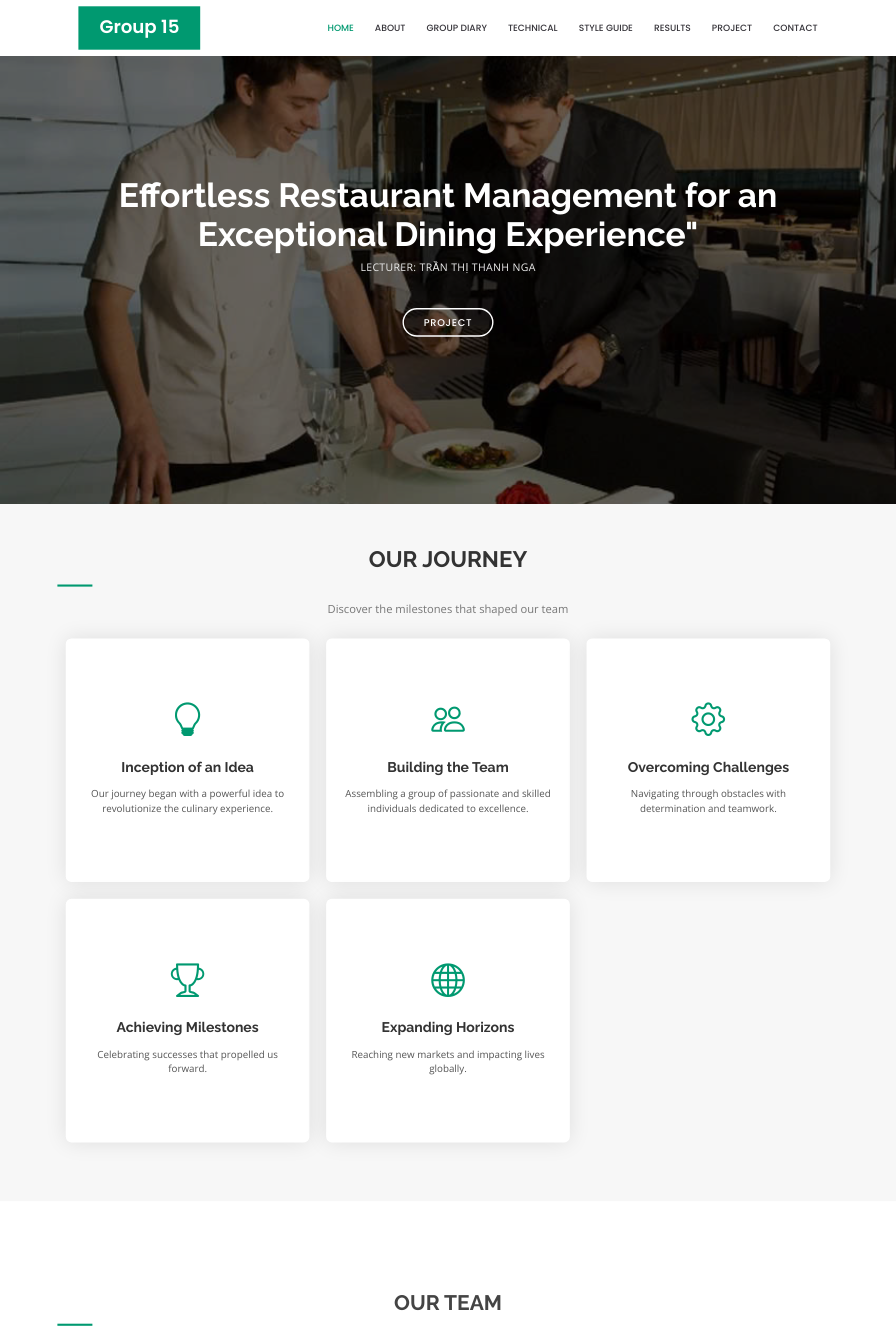
Repository: HoangKhangKhuPho4/Group_Web
Page: index.html
The author's editor kept a copy of each file at every save. The page is drawn from the files as they stood at one save, then again after the next save.
The browser window is 1280 px wide. The pictures show the part of the page from y = 0 to 1920 px (the page is 2787 px tall), at 70% of full size.
Backgrounds fixed to the window are drawn as part of the page.

Above is the page before, as saved 2024-10-20 08:48:03.

### index.html
<!DOCTYPE html>
<html lang="en">

<head>
  <meta charset="utf-8">
  <meta content="width=device-width, initial-scale=1.0" name="viewport">

  <title>Group 15</title>
  <meta content="" name="description">
  <meta content="" name="keywords">

  <!-- Favicons -->
  <link href="assets/img/favicon.png" rel="icon">
  <link href="assets/img/apple-touch-icon.png" rel="apple-touch-icon">

  <!-- Google Fonts -->
  <link
  href="https://fonts.googleapis.com/css?family=Open+Sans:300,300i,400,400i,600,600i,700,700i|Raleway:300,300i,400,400i,500,500i,600,600i,700,700i|Poppins:300,300i,400,400i,500,500i,600,600i"
  rel="stylesheet">

  <!-- Vendor CSS Files -->
  <link href="assets/vendor/aos/aos.css" rel="stylesheet">
  <link href="assets/vendor/bootstrap/css/bootstrap.min.css" rel="stylesheet">
  <link href="assets/vendor/bootstrap-icons/bootstrap-icons.css" rel="stylesheet">
  <link href="assets/vendor/boxicons/css/boxicons.min.css" rel="stylesheet">
  <link href="assets/vendor/glightbox/css/glightbox.min.css" rel="stylesheet">
  <link href="assets/vendor/remixicon/remixicon.css" rel="stylesheet">
  <link href="assets/vendor/swiper/swiper-bundle.min.css" rel="stylesheet">

  <!-- Template Main CSS File -->
  <link href="assets/css/style.css" rel="stylesheet">

  <!-- Custom CSS -->


</head>

<body>

  <!-- ======= Header ======= -->
  <header id="header" class="fixed-top d-flex align-items-center">
    <div class="container">
      <div class="header-container d-flex align-items-center justify-content-between">
        <div class="logo">
          <h1 class="text-light"><a href="index.html"><span>Group 15</span></a></h1>
        </div>

        <nav id="navbar" class="navbar">
          <ul>
            <li><a class="nav-link scrollto active" href="index.html">Home</a></li>
            <li><a class="nav-link scrollto" href="about.html">About</a></li>
            <li><a class="nav-link scrollto" href="groupDiary.html">Group Diary</a></li>
            <li><a class="nav-link scrollto" href="technical.html">Technical</a></li>
            <li><a class="nav-link scrollto" href="styleguide.html">Style Guide</a></li>
            <li><a class="nav-link scrollto" href="results.html">Results</a></li>
            <li><a class="nav-link scrollto" href="project.html">Project</a></li>
            <li><a class="nav-link scrollto" href="contact.html">Contact</a></li>
          </ul>
          <i class="bi bi-list mobile-nav-toggle"></i>
        </nav>
        <!-- .navbar -->

      </div>
      <!-- End Header Container -->
    </div>
  </header>
  <!-- End Header -->

  <!-- Bắt đầu phần nội dung chính -->
  <div class="content-wrap">
    <!-- ======= Hero Section ======= -->
    <section id="hero" class="d-flex align-items-center" style="padding-top: 80px;">
      <div class="container text-center position-relative" data-aos="fade-in" data-aos-delay="200">
        <h1>Effortless Restaurant Management for an Exceptional Dining Experience"</h1>
        <h2>Lecturer: Trần Thị Thanh Nga</h2>
        <a href="https://caominhhieu22130081.github.io/nhom11-giaotiepnguoimay-master/" target="_blank"
          class="btn-get-started scrollto">Project</a>
      </div>
    </section>
    <!-- End Hero -->

    <main id="main">

      <!-- ======= Our Journey Section ======= -->
      <section id="our-team-story" class="our-team-story">
        <div class="container" data-aos="fade-up">
          <div class="section-title text-center">
            <h2>Our Journey</h2>
            <p>Discover the milestones that shaped our team</p>
          </div>

          <div class="story-container">
            <div class="row">

              <!-- Story Item 1 -->
              <div class="col-lg-4 col-md-6 mb-4">
                <div class="story-item" data-aos="fade-up" data-aos-delay="100">
                  <div class="icon-box">
                    <div class="icon">
                      <i class="bi bi-lightbulb"></i>
                    </div>
                    <h4 class="title">Inception of an Idea</h4>
                    <p class="description">Our journey began with a powerful idea to revolutionize the culinary experience.</p>
                  </div>
                </div>
              </div>

              <!-- Story Item 2 -->
              <div class="col-lg-4 col-md-6 mb-4">
                <div class="story-item" data-aos="fade-up" data-aos-delay="200">
                  <div class="icon-box">
                    <div class="icon">
                      <i class="bi bi-people"></i>
                    </div>
                    <h4 class="title">Building the Team</h4>
                    <p class="description">Assembling a group of passionate and skilled individuals dedicated to excellence.</p>
                  </div>
                </div>
              </div>

              <!-- Story Item 3 -->
              <div class="col-lg-4 col-md-6 mb-4">
                <div class="story-item" data-aos="fade-up" data-aos-delay="300">
                  <div class="icon-box">
                    <div class="icon">
                      <i class="bi bi-gear"></i>
                    </div>
                    <h4 class="title">Overcoming Challenges</h4>
                    <p class="description">Navigating through obstacles with determination and teamwork.</p>
                  </div>
                </div>
              </div>

              <!-- Story Item 4 -->
              <div class="col-lg-4 col-md-6 mb-4">
                <div class="story-item" data-aos="fade-up" data-aos-delay="400">
                  <div class="icon-box">
                    <div class="icon">
                      <i class="bi bi-trophy"></i>
                    </div>
                    <h4 class="title">Achieving Milestones</h4>
                    <p class="description">Celebrating successes that propelled us forward.</p>
                  </div>
                </div>
              </div>

              <!-- Story Item 5 -->
              <div class="col-lg-4 col-md-6 mb-4">
                <div class="story-item" data-aos="fade-up" data-aos-delay="500">
                  <div class="icon-box">
                    <div class="icon">
                      <i class="bi bi-globe"></i>
                    </div>
                    <h4 class="title">Expanding Horizons</h4>
                    <p class="description">Reaching new markets and impacting lives globally.</p>
                  </div>
                </div>
              </div>

            </div>
          </div>
        </div>
      </section>
      <!-- End Our Journey Section -->

      <!-- ======= Our Team Section ======= -->
      <section id="portfolio-details" class="portfolio-details" style="margin-top: 4%;">
        <div class="container">

          <div class="section-title text-center">
            <h2 style="font-size:30px; padding: 15px 30px;"><b>OUR TEAM</b></h2>
          </div>

          <div class="row gy-4">

            <div class="col-lg-6">
              <div class="portfolio-details-slider swiper">
                <div class="swiper-wrapper align-items-center">

                  <div class="swiper-slide">
                    <img src="assets/img/portfolio/portfolio-details-1.jpg" alt="">
                  </div>

                  <div class="swiper-slide">
                    <img src="assets/img/portfolio/portfolio-details-2.jpg" alt="">
                  </div>

                  <div class="swiper-slide">
                    <img src="assets/img/portfolio/portfolio-details-3.jpg" alt="">
                  </div>

                </div>
                <div class="swiper-pagination"></div>
              </div>
            </div>

            <div class="col-lg-6">
              <div class="portfolio-info">
                <h3>Group Information</h3>
                <ul>
                  <li><strong>Group Name</strong>: Group 15</li>
                  <li><strong>Number of Members</strong>: 7 members</li>
                  <li><strong>Specialization</strong>: Computer Science</li>
                  <li><strong>University</strong>: Hanoi University of Science and Technology</li>
                  <li><strong>Slogan</strong>: "Together we innovate, together we succeed."</li>
                </ul>
              </div>

            </div>

          </div>

        </div>
      </section>
      <!-- End Our Team Section -->

    </main>
    <!-- End #main -->
  </div>
  <!-- Kết thúc phần nội dung chính -->

  <!-- ======= Footer ======= -->
  <footer id="footer">
    <!-- ... (giữ nguyên nội dung footer) ... -->
    <div class="footer-container">
      <div class="footer-column">
        <h4>About Us</h4>
        <p>We are a team of passionate individuals dedicated to delivering the best services to our clients. Our mission
          is to provide innovative solutions and exceptional customer service.</p>
      </div>
      <div class="footer-column">
        <h4>Useful Links</h4>
        <ul>
          <li><a href="index.html">Home</a></li>
          <li><a href="about.html">About Us</a></li>
          <li><a href="services.html">Services</a></li>
          <li><a href="terms.html">Terms of Service</a></li>
          <li><a href="privacy.html">Privacy Policy</a></li>
        </ul>
      </div>
      <div class="footer-column">
        <h4>Services</h4>
        <ul>
          <li><a href="#">Web Design</a></li>
          <li><a href="#">Web Development</a></li>
          <li><a href="#">Marketing</a></li>
          <li><a href="#">Graphic Design</a></li>
          <li><a href="#">Technical Support</a></li>
        </ul>
      </div>
      <div class="footer-column">
        <h4>Contact Us</h4>
        <p>
          123 ABC Street, XYZ District<br>
          City, Country<br>
          Phone: +84 123 456 789<br>
          Email: info@example.com
        </p>
      </div>
    </div>
    <div class="footer-bottom">
      <div class="container d-md-flex py-4">
        <div class="me-md-auto text-center text-md-start">
          <div class="copyright">
            &copy; Copyright <strong><span>Group 15</span></strong>. All Rights Reserved
          </div>
          <div class="credits">
            Designed by <a href="#">Group 15</a>
          </div>
        </div>
        <div class="social-links text-center text-md-right pt-3 pt-md-0">
          <a href="#" class="twitter" title="Twitter"><i class="bx bxl-twitter"></i></a>
          <a href="#" class="facebook" title="Facebook"><i class="bx bxl-facebook"></i></a>
          <a href="#" class="instagram" title="Instagram"><i class="bx bxl-instagram"></i></a>
          <a href="#" class="google-plus" title="Skype"><i class="bx bxl-skype"></i></a>
          <a href="#" class="linkedin" title="LinkedIn"><i class="bx bxl-linkedin"></i></a>
        </div>
      </div>
    </div>
  </footer>
  <!-- End Footer -->

  <!-- Back to Top -->
  <a href="#" class="back-to-top d-flex align-items-center justify-content-center"><i
      class="bi bi-arrow-up-short"></i></a>

  <!-- Vendor JS Files -->
  <script src="assets/vendor/aos/aos.js"></script>
  <script src="assets/vendor/bootstrap/js/bootstrap.bundle.min.js"></script>
  <script src="assets/vendor/purecounter/purecounter.js"></script>
  <script src="assets/vendor/glightbox/js/glightbox.min.js"></script>
  <script src="assets/vendor/isotope-layout/isotope.pkgd.min.js"></script>
  <script src="assets/vendor/swiper/swiper-bundle.min.js"></script>
  <!-- Template Main JS File -->
  <script src="assets/js/main.js"></script>

  <!-- Initialize AOS -->
  <script>
    AOS.init({
      duration: 1000,
      once: true,
    });
  </script>

</body>

</html>

Loaded but not shown: assets/vendor/aos/aos.css (library); assets/vendor/bootstrap/css/bootstrap.min.css (library); assets/vendor/bootstrap-icons/bootstrap-icons.css (library); assets/vendor/boxicons/css/boxicons.min.css (library); assets/vendor/glightbox/css/glightbox.min.css (library); assets/vendor/remixicon/remixicon.css (library); assets/vendor/swiper/swiper-bundle.min.css (library); assets/vendor/aos/aos.js (library); assets/vendor/bootstrap/js/bootstrap.bundle.min.js (library); assets/vendor/purecounter/purecounter.js (library); assets/vendor/glightbox/js/glightbox.min.js (library); assets/vendor/isotope-layout/isotope.pkgd.min.js (library); assets/vendor/swiper/swiper-bundle.min.js (library); assets/js/main.js (252 lines, source omitted); assets/css/style.css (830 lines, source omitted)

After the next save:
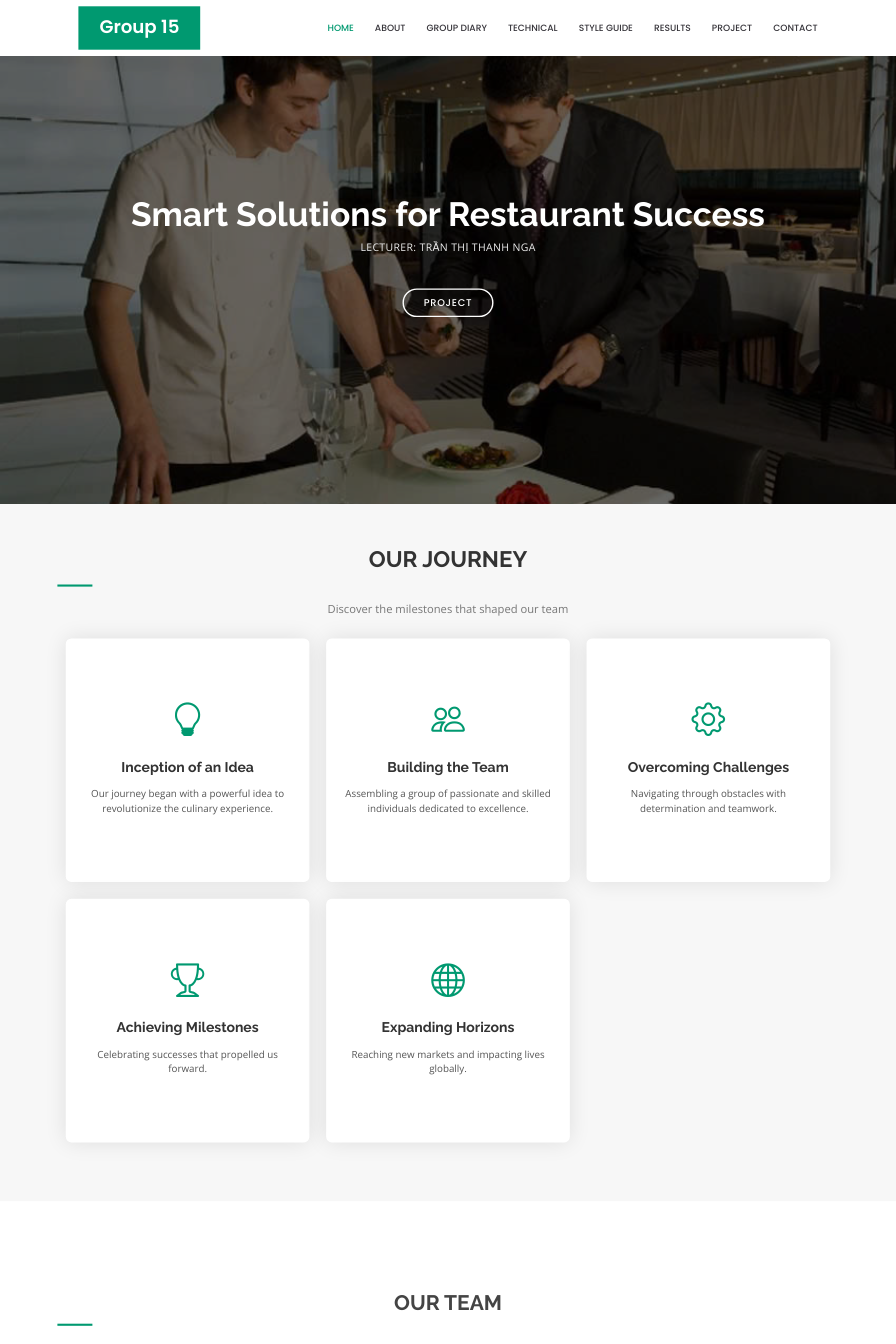
Saved 75 s later.
--- a/index.html
+++ b/index.html
@@ -71,7 +71,7 @@
     <!-- ======= Hero Section ======= -->
     <section id="hero" class="d-flex align-items-center" style="padding-top: 80px;">
       <div class="container text-center position-relative" data-aos="fade-in" data-aos-delay="200">
-        <h1>Effortless Restaurant Management for an Exceptional Dining Experience"</h1>
+        <h1>Smart Solutions for Restaurant Success</h1>
         <h2>Lecturer: Trần Thị Thanh Nga</h2>
         <a href="https://caominhhieu22130081.github.io/nhom11-giaotiepnguoimay-master/" target="_blank"
           class="btn-get-started scrollto">Project</a>
